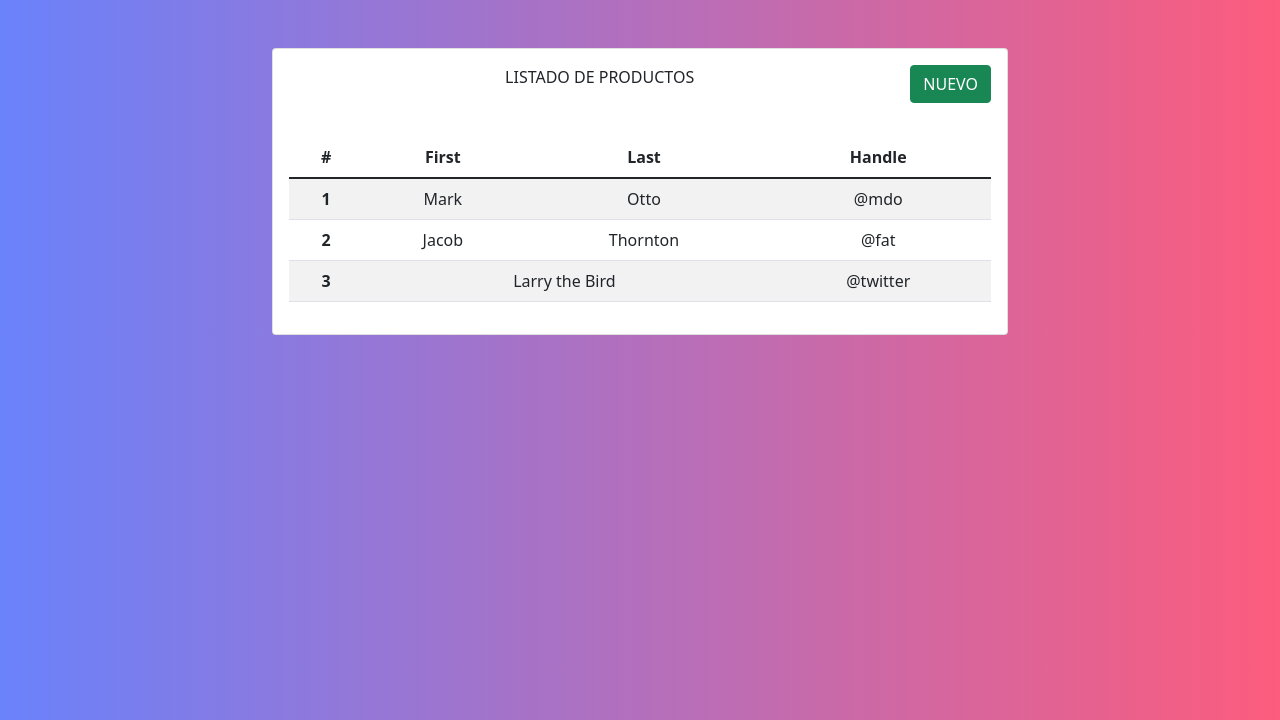
Repository: vivianaleivagalvez/crud_angular
Page: /
These files come from the project's save history. The page is drawn as it stood at one moment and after the next save; the edit follows.
The browser window is 1280 px wide. The pictures show the whole page.
The project was rebuilt for these pictures with package versions that can differ from the ones it lists, and the page was loaded fresh each time. Also part of the build but not shown: angular.json, src/app/components/crear-producto/crear-producto.component.ts.

Above is the page before, as saved 2022-01-27 00:06:57.

### src/index.html
<!doctype html>
<html lang="en">
<head>
  <meta charset="utf-8">
  <title>Cliente</title>
  <base href="/">

  <meta name="viewport" content="width=device-width, initial-scale=1">
  <link rel="icon" type="image/x-icon" href="favicon.ico">
</head>
<body>
  <app-root></app-root>
</body>
</html>

### src/styles.css
/* You can add global styles to this file, and also import other style files */
body{
  background: #FC5C7D;  /* fallback for old browsers */
  background: -webkit-linear-gradient(to right, #6A82FB, #FC5C7D);  /* Chrome 10-25, Safari 5.1-6 */
  background: linear-gradient(to right, #6A82FB, #FC5C7D); /* W3C, IE 10+/ Edge, Firefox 16+, Chrome 26+, Opera 12+, Safari 7+ */
}

### src/app/app.module.ts
import { BrowserModule } from '@angular/platform-browser';
import { NgModule } from '@angular/core';

import { AppComponent } from './app.component';
import { CrearProductoComponent } from './components/crear-producto/crear-producto.component';
import { ListarProductosComponent } from './components/listar-productos/listar-productos.component';
import { AppRoutingModule } from './app-routing.module';

@NgModule({
  declarations: [
    AppComponent,
    CrearProductoComponent,
    ListarProductosComponent
  ],
  imports: [
    BrowserModule,
    AppRoutingModule
  ],
  providers: [],
  bootstrap: [AppComponent]
})
export class AppModule { }

### src/app/components/listar-productos/listar-productos.component.ts
import { Component, OnInit } from '@angular/core';

@Component({
  selector: 'app-listar-productos',
  templateUrl: './listar-productos.component.html',
  styleUrls: ['./listar-productos.component.css']
})
export class ListarProductosComponent implements OnInit {

  constructor() { }

  ngOnInit() {
  }

}

### src/app/app-routing.module.ts
import { ListarProductosComponent } from './components/listar-productos/listar-productos.component';
import { CrearProductoComponent } from './components/crear-producto/crear-producto.component';
import { NgModule } from '@angular/core';
import { RouterModule, Routes } from '@angular/router';

const routes: Routes = [
  { path: '', component: ListarProductosComponent },
  { path: 'crear-producto', component: CrearProductoComponent },
  { path: 'editar-producto/:id', component: CrearProductoComponent },
  { path: '**', redirectTo: '', pathMatch: 'full' }
];

@NgModule({
  imports: [RouterModule.forRoot(routes)],
  exports: [RouterModule]
})
export class AppRoutingModule { }

### src/app/components/listar-productos/listar-productos.component.html
<div class="container mt-5">
  <div class="row">
    <div class="col-lg-8 offset-lg-2">
      <div class="card">
        <div class="card-body text-center">
          <span>LISTADO DE PRODUCTOS</span>
          <button class="btn btn-success float-end">NUEVO</button>
          <table class="table table-striped mt-5">
            <thead>
              <tr>
                <th scope="col">#</th>
                <th scope="col">First</th>
                <th scope="col">Last</th>
                <th scope="col">Handle</th>
              </tr>
            </thead>
            <tbody>
              <tr>
                <th scope="row">1</th>
                <td>Mark</td>
                <td>Otto</td>
                <td>@mdo</td>
              </tr>
              <tr>
                <th scope="row">2</th>
                <td>Jacob</td>
                <td>Thornton</td>
                <td>@fat</td>
              </tr>
              <tr>
                <th scope="row">3</th>
                <td colspan="2">Larry the Bird</td>
                <td>@twitter</td>
              </tr>
            </tbody>
          </table>
        </div>
      </div>
    </div>
  </div>
</div>

Loaded but not shown: src/main.ts (common file); src/environments/environment.ts (common file); src/app/app.component.ts (common file); src/app/app.component.html (common file); src/app/app.component.css (no stored copy; drawn as an empty file); src/app/components/listar-productos/listar-productos.component.css (no stored copy; drawn as an empty file)

After the next save:
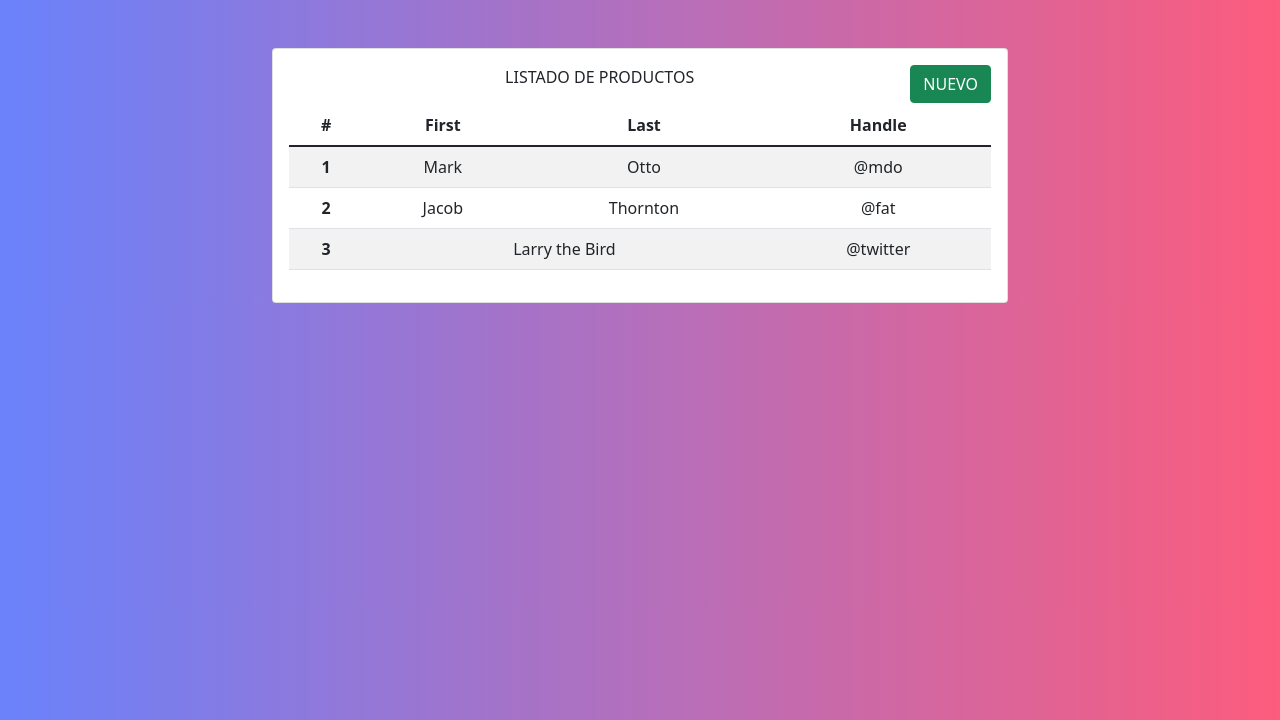
Saved 4 s later.
--- a/src/app/components/listar-productos/listar-productos.component.html
+++ b/src/app/components/listar-productos/listar-productos.component.html
@@ -5,7 +5,7 @@
         <div class="card-body text-center">
           <span>LISTADO DE PRODUCTOS</span>
           <button class="btn btn-success float-end">NUEVO</button>
-          <table class="table table-striped mt-5">
+          <table class="table table-striped mt-3">
             <thead>
               <tr>
                 <th scope="col">#</th>
